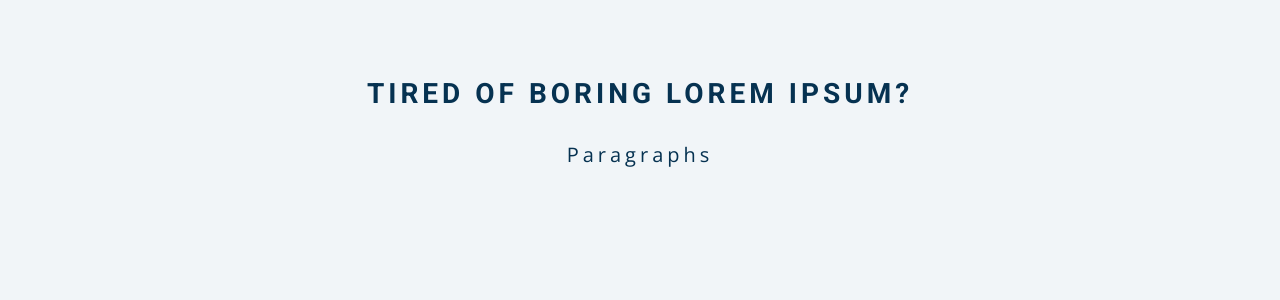
Repository: spidero7/Lorem-Ipsum-Generator
Page: index.html
An editor plug-in stored every save of this project. The page is shown before and after the next save, followed by the edit.
The browser window is 1280 px wide. The pictures show the whole page.

Above is the page before, as saved 2021-10-21 07:09:50.

After the next save:
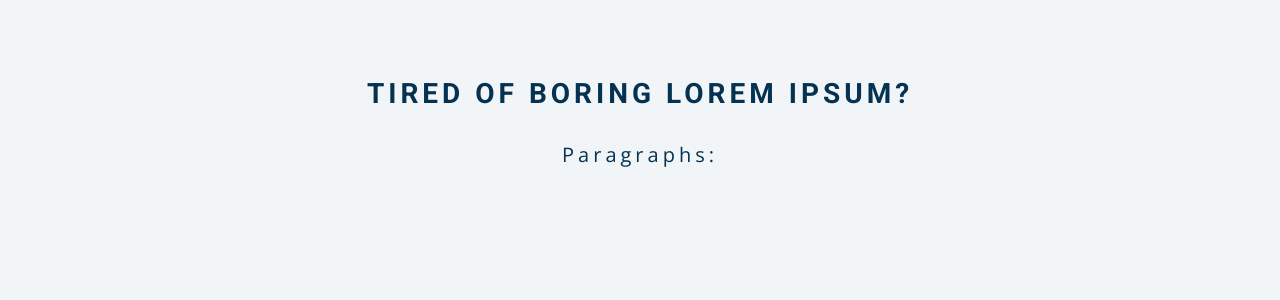
Saved 4 s later.
--- a/index.html
+++ b/index.html
@@ -12,7 +12,7 @@
     <section class="section-center">
       <h3>tired of boring lorem ipsum?</h3>
       <form class="lorem-form">
-        <label for="amount">paragraphs</label>
+        <label for="amount">paragraphs:</label>
       </form>
     </section>
     <!-- javascript -->
